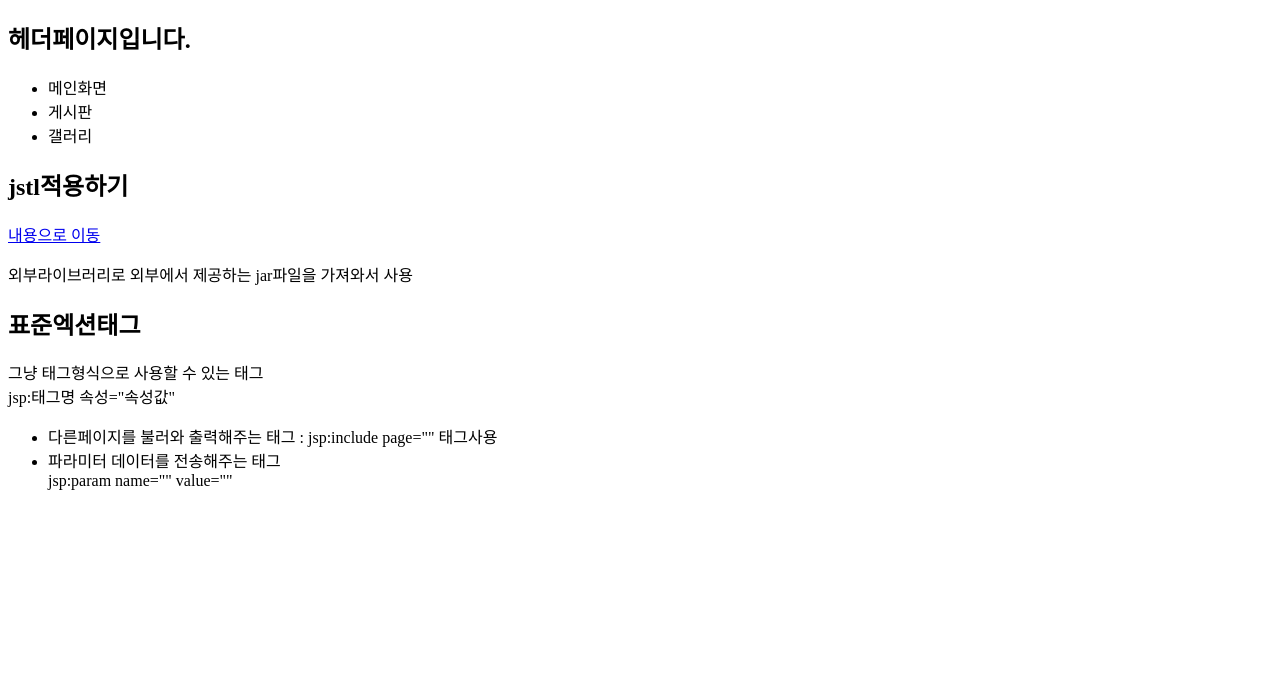
Repository: yongmin0309/mybatis1
Page: http://localhost/eL_JSTL/
These files come from the project's save history. The page is drawn as it stood at one moment and after the next save; the edit follows.
The browser window is 1280 px wide. The pictures show the whole page.
The page is served by Tomcat 9. Other server files are loaded and not shown.

Above is the page before, as saved 2024-04-20 05:19:48.

### work/eL_JSTL/src/main/webapp/index.jsp
<%@ page language="java" contentType="text/html; charset=UTF-8"
    pageEncoding="UTF-8"%>
<!-- 이용할 jstl태그를 선언해야함 -->
<%@ taglib prefix="c" uri="http://java.sun.com/jsp/jstl/core" %>
<%@ taglib prefix="fmt" uri="http://java.sun.com/jsp/jstl/fmt" %>
<%@ include file="/views/common/header.jsp" %>
	<h2>jstl적용하기</h2>
	<a href="views/content.jsp">내용으로 이동</a>
	<p>외부라이브러리로 외부에서 제공하는 jar파일을 가져와서 사용</p>

	<h2>표준엑션태그</h2>
	<p>
		그냥 태그형식으로 사용할 수 있는 태그<br>
		jsp:태그명 속성="속성값"
	</p>

	<ul>
		<li>
			다른페이지를 불러와 출력해주는 태그 : jsp:include  page="" 태그사용
		</li>
		<li>
			파라미터 데이터를 전송해주는 태그 <br>
			jsp:param name="" value=""
		</li>
	</ul>
</body>
</html>

### work/eL_JSTL/src/main/webapp/views/common/header.jsp
<%@ page language="java" contentType="text/html; charset=UTF-8"
    pageEncoding="UTF-8"%>
<!DOCTYPE html>
<html>
<head>
<meta charset="UTF-8">
<title>근명고등학교</title>
</head>
<body>
	<h2>헤더페이지입니다.</h2>
	<ul>
		<li>메인화면</li>
		<li>게시판</li>
		<li>갤러리</li>
	</ul>

After the next save:
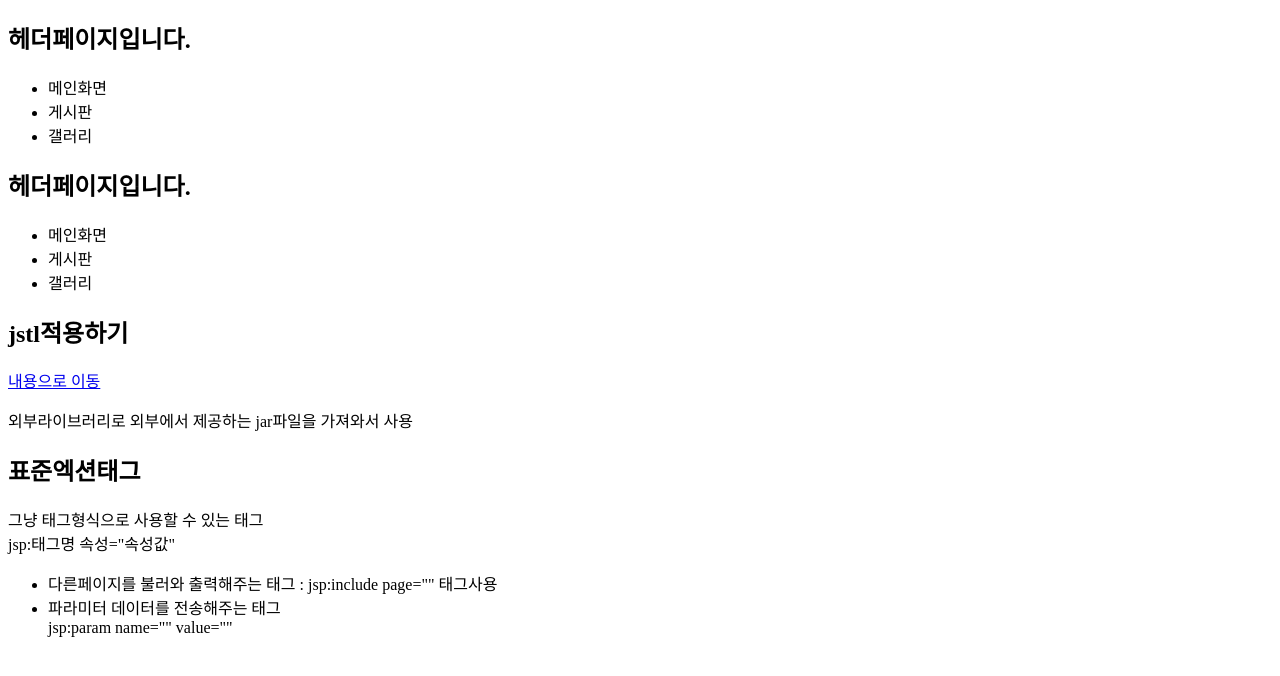
Saved 44 s later.
--- a/work/eL_JSTL/src/main/webapp/index.jsp
+++ b/work/eL_JSTL/src/main/webapp/index.jsp
@@ -4,6 +4,20 @@
 <%@ taglib prefix="c" uri="http://java.sun.com/jsp/jstl/core" %>
 <%@ taglib prefix="fmt" uri="http://java.sun.com/jsp/jstl/fmt" %>
 <%@ include file="/views/common/header.jsp" %>
+<!DOCTYPE html>
+<html>
+<head>
+<meta charset="UTF-8">
+<title>jstl</title>
+</head>
+<body>
+	<h2>헤더페이지입니다.</h2>
+	<ul>
+		<li>메인화면</li>
+		<li>게시판</li>
+		<li>갤러리</li>
+	</ul>
+
 	<h2>jstl적용하기</h2>
 	<a href="views/content.jsp">내용으로 이동</a>
 	<p>외부라이브러리로 외부에서 제공하는 jar파일을 가져와서 사용</p>
